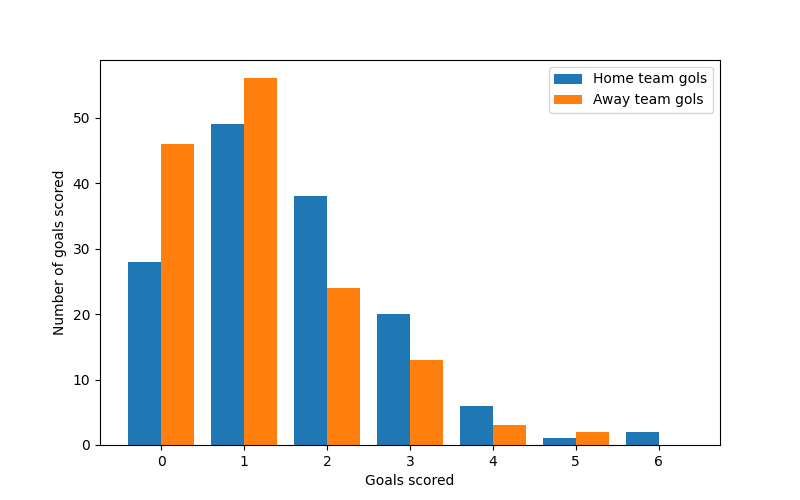
Repository: nelsonalexandrino/python_matplotlib_datavisualization_
Script's output: python Histograms.py
These files come from the project's save history. The script's output is drawn as it stood at one moment and after the next save; the edit follows.
Random numbers start from a fixed seed.

Above is the script's output before, as saved 2019-08-25 12:51:06.

### Histograms.py
import matplotlib.pyplot as pyplot

with open('Goals.txt', 'r') as file:
    HomeTeamGoals = [int(x) for x in file.readline().strip(
        '\n').strip(' ').split(' ')]
    AwayTeamGoals = [int(x) for x in file.readline().strip(
        '\n').strip(' ').split(' ')]


pyplot.figure(figsize=(8, 5))
pyplot.hist(x=(HomeTeamGoals, AwayTeamGoals), bins=range(8),
            label=['Home team gols', 'Away team gols'], align='left')
pyplot.legend()
pyplot.xlabel('Goals scored')
pyplot.ylabel('Number of goals scored')
pyplot.show()

### Goals.txt
6 0 2 1 2 1 2 2 2 0 1 3 0 3 1 0 4 1 3 3 6 2 0 0 4 1 2 1 1 0 1 3 0 1 1 1 3 1 3 0 2 2 2 1 2 2 1 2 1 2 1 2 4 0 1 1 2 2 2 0 2 2 0 0 2 3 2 2 3 0 3 3 0 1 0 0 2 1 1 3 1 3 1 1 0 2 0 3 3 3 2 0 0 1 4 1 0 2 1 1 2 2 0 2 1 1 2 3 1 4 4 1 2 2 2 1 0 0 5 1 1 1 0 1 1 0 2 1 3 2 1 1 1 0 1 1 3 2 1 3 1 2 1 1
0 2 1 0 0 1 1 1 2 2 0 1 2 1 0 0 4 2 0 1 0 1 4 0 1 3 0 1 0 2 5 0 0 1 3 2 1 0 3 1 3 0 1 1 1 1 1 2 0 0 2 0 0 0 1 1 2 1 1 0 1 1 1 3 0 1 1 1 3 3 1 0 0 3 2 0 0 3 2 0 0 0 1 0 3 5 2 2 1 1 3 0 1 0 2 2 1 2 2 4 1 1 0 2 1 1 1 1 3 1 0 1 1 1 3 1 2 0 0 1 0 0 1 0 0 1 2 0 1 0 1 1 0 1 2 1 0 1 2 0 1 0 1 2

After the next save:
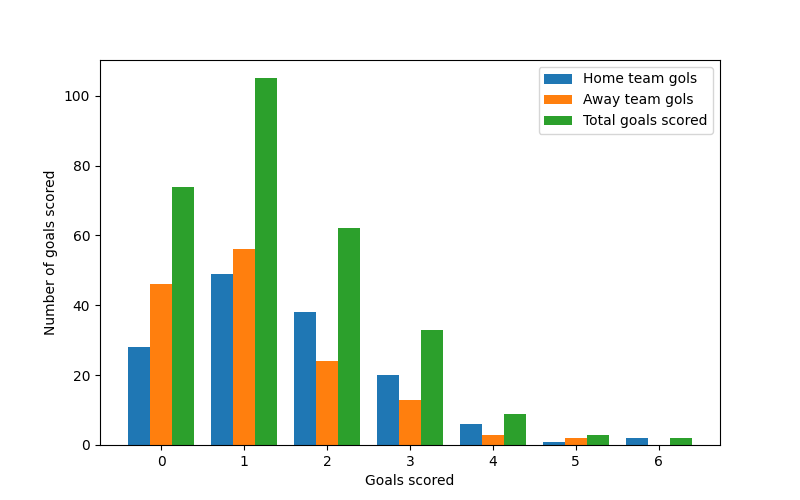
Saved 87 s later.
--- a/Histograms.py
+++ b/Histograms.py
@@ -6,10 +6,10 @@ with open('Goals.txt', 'r') as file:
     AwayTeamGoals = [int(x) for x in file.readline().strip(
         '\n').strip(' ').split(' ')]
 
-
+total_goals = HomeTeamGoals + AwayTeamGoals
 pyplot.figure(figsize=(8, 5))
-pyplot.hist(x=(HomeTeamGoals, AwayTeamGoals), bins=range(8),
-            label=['Home team gols', 'Away team gols'], align='left')
+pyplot.hist(x=(HomeTeamGoals, AwayTeamGoals, total_goals), bins=range(8),
+            label=['Home team gols', 'Away team gols', 'Total goals scored'], align='left')
 pyplot.legend()
 pyplot.xlabel('Goals scored')
 pyplot.ylabel('Number of goals scored')
